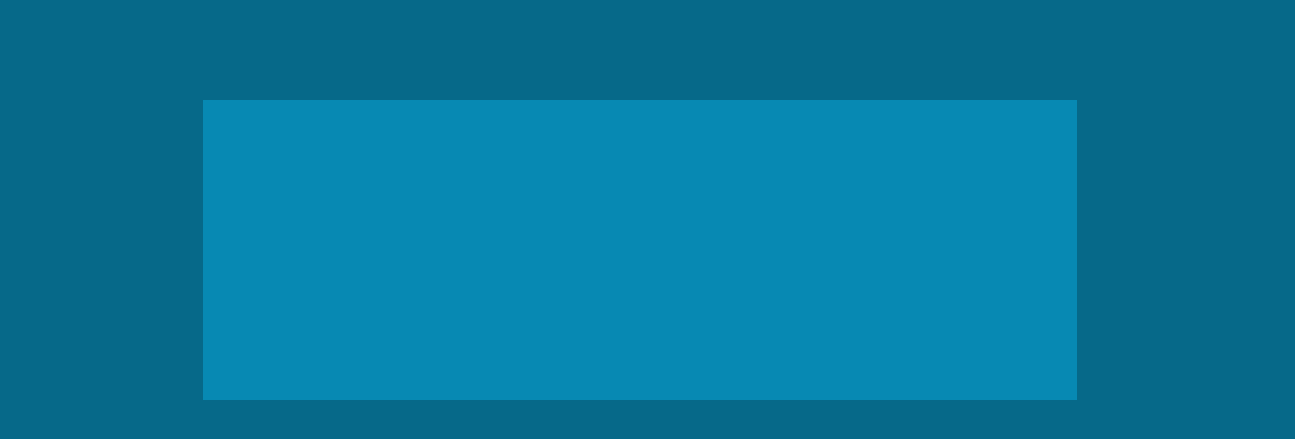
Repository: moiz9265/stopwatch
Page: index.html
These files come from the project's save history. The page is drawn as it stood at one moment and after the next save; the edit follows.
The browser window is 1280 px wide. The page is 1295 px wide, so the pictures cover 1295 px, including what lies to the right of the window. The pictures show the whole page.

Above is the page before, as saved 2020-07-09 22:49:45.

### index.html
<!DOCTYPE html>
<html lang="en">
  <head>
    <meta charset="utf-8">
    <title>Stop Watch</title>

    <link rel="stylesheet" href="css/bootstrap.min.css">
    <link rel="stylesheet" href="css/style.css" type="text/css">
    <script src="js/app.js">

    </script>
  </head>
  <body>
      <!-- <h1  style="text-align: center;">Stop Watch</h1> -->
        <div class="row" style="margin-top: 100px;">
            <div class="col-md-2">

            </div>
            <div id="maindiv" class="col-sm-12 col-md-8">

            </div>
            <div class="col-md-2">

            </div>

        </div>
  </body>
  <script src="js/jquery-3.2.1.slim.min.js"></script>
  <script src="js/popper.min.js"></script>
  <script src="js/bootstrap.min.js"> </script>
</html>

### css/style.css
body{
    background-color: #066989;
}

#maindiv
{

    width: 40%;
    background-color: #0789B3;
    padding: 150px;
}

Loaded but not shown: css/bootstrap.min.css (library); js/jquery-3.2.1.slim.min.js (library); js/popper.min.js (library); js/bootstrap.min.js (library); js/app.js (no stored copy; drawn as an empty file)

After the next save:
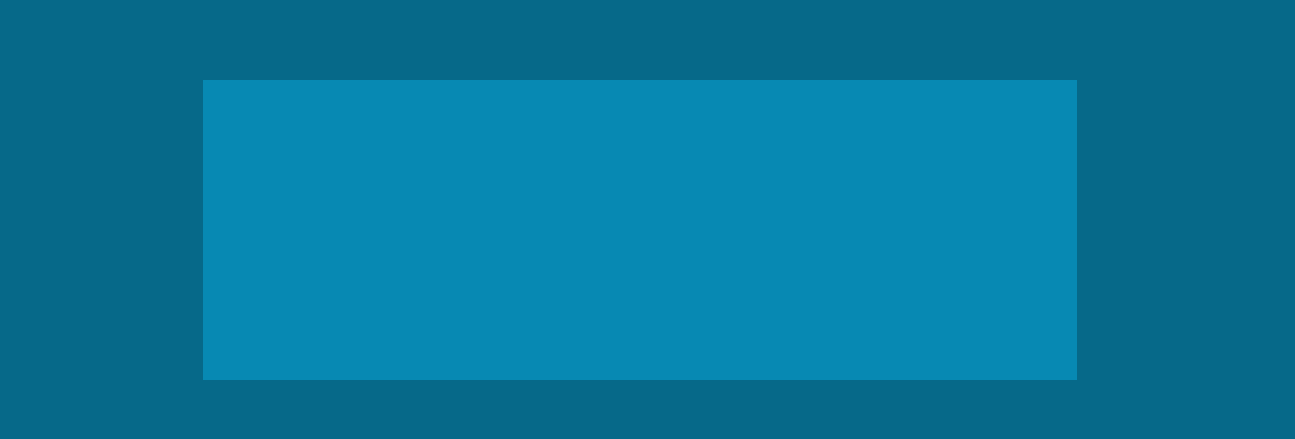
Saved 7 s later.
--- a/index.html
+++ b/index.html
@@ -12,7 +12,7 @@
   </head>
   <body>
       <!-- <h1  style="text-align: center;">Stop Watch</h1> -->
-        <div class="row" style="margin-top: 100px;">
+        <div class="row" style="margin-top: 80px;">
             <div class="col-md-2">
 
             </div>
